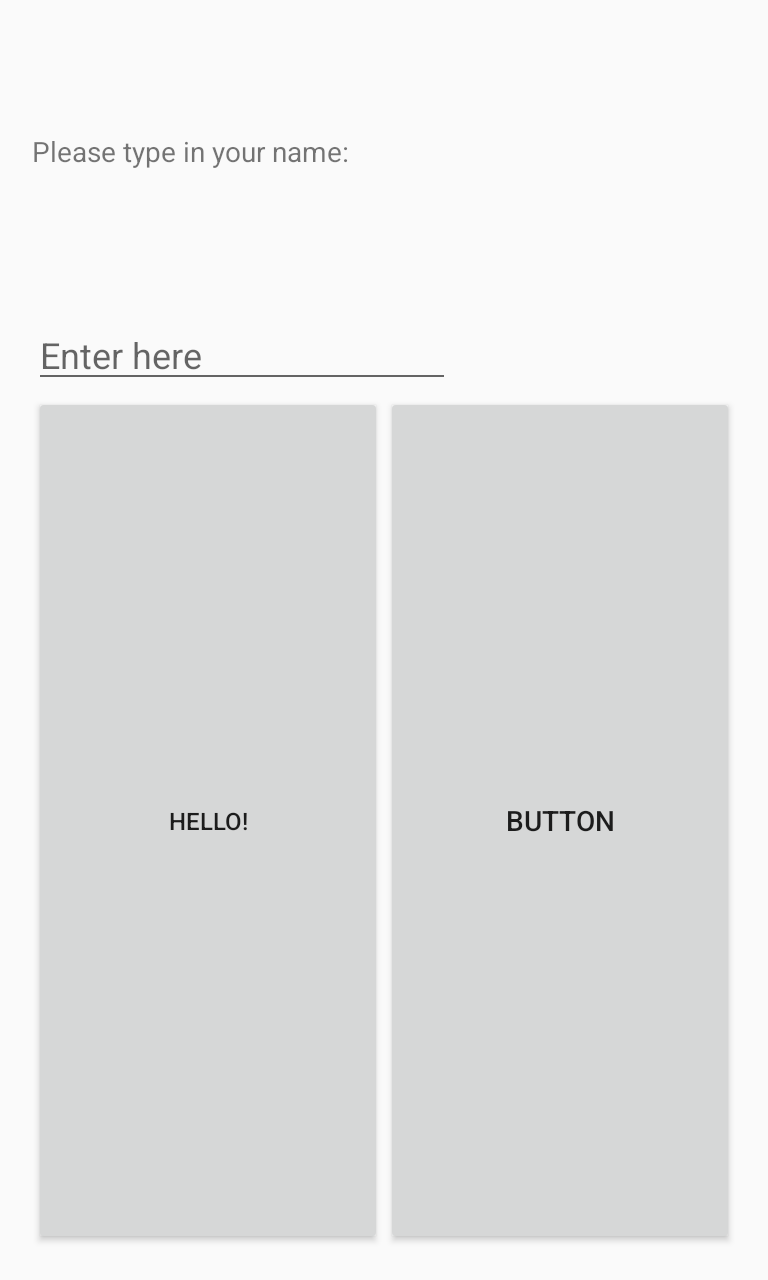
Repository: echolomaniac/HelloWorld
Layout: HelloWorld/res/layout/fragment_main.xml
The author's editor kept a copy of each file at every save. The layout is drawn from the files as they stood at one save, then again after the next save.
It is drawn on a 768 x 1280 px phone screen (xhdpi) without system bars, with theme AppBaseTheme; the app's code is not run.

Above is the layout before, as saved 2014-05-06 05:52:32.

### HelloWorld/res/layout/fragment_main.xml
<RelativeLayout xmlns:android="http://schemas.android.com/apk/res/android"
    xmlns:tools="http://schemas.android.com/tools"
    android:layout_width="match_parent"
    android:layout_height="match_parent"
    android:paddingBottom="@dimen/activity_vertical_margin"
    android:paddingLeft="@dimen/activity_horizontal_margin"
    android:paddingRight="@dimen/activity_horizontal_margin"
    android:paddingTop="@dimen/activity_vertical_margin"
    tools:context="com.example.helloworld.MainActivity$PlaceholderFragment" >

    <LinearLayout
        android:id="@+id/linearLayout1"
        android:layout_width="fill_parent"
        android:layout_height="fill_parent"
        android:layout_alignParentLeft="true"
        android:orientation="vertical" >

        <TextView
            android:id="@+id/textView1"
            android:layout_width="wrap_content"
            android:layout_height="wrap_content"
            android:layout_marginTop="50dp"
            android:text="@string/enter_name" />

        <EditText
            android:id="@+id/editText1"
            android:layout_width="wrap_content"
            android:layout_height="wrap_content"
            android:layout_marginTop="70dp"
            android:ems="10"
            android:hint="@string/hint_enter_name" />

        <LinearLayout
            android:layout_width="fill_parent"
            android:layout_height="0dp"
            android:layout_weight="0.01" >

            <Button
                android:id="@+id/button1"
                android:layout_width="160dp"
                android:layout_height="match_parent"
                android:layout_weight="0.46"
                android:text="@string/hello_button"
                android:textSize="12sp" />

            <Button
                android:id="@+id/button2"
                android:layout_width="160dp"
                android:layout_height="match_parent"
                android:layout_weight="0.46"
                android:text="Button" />

        </LinearLayout>

    </LinearLayout>

</RelativeLayout>

### HelloWorld/res/values/strings.xml
<?xml version="1.0" encoding="utf-8"?>
<resources>

    <string name="app_name">HelloWorld</string>
    <string name="hello_world">Hello world!</string>
    <string name="action_settings">Settings</string>
    <string name="enter_name">Please type in your name:</string>
    <string name="hello_button">Hello!</string>
    <string name="hint_enter_name">Enter here</string>

</resources>

Loaded but not shown: HelloWorld/res/values-v11/styles.xml (common file); HelloWorld/res/values-v14/styles.xml (common file); HelloWorld/res/values/styles.xml (common file); HelloWorld/res/values/dimens.xml (common file); HelloWorld/res/values-w820dp/dimens.xml (common file)

After the next save:
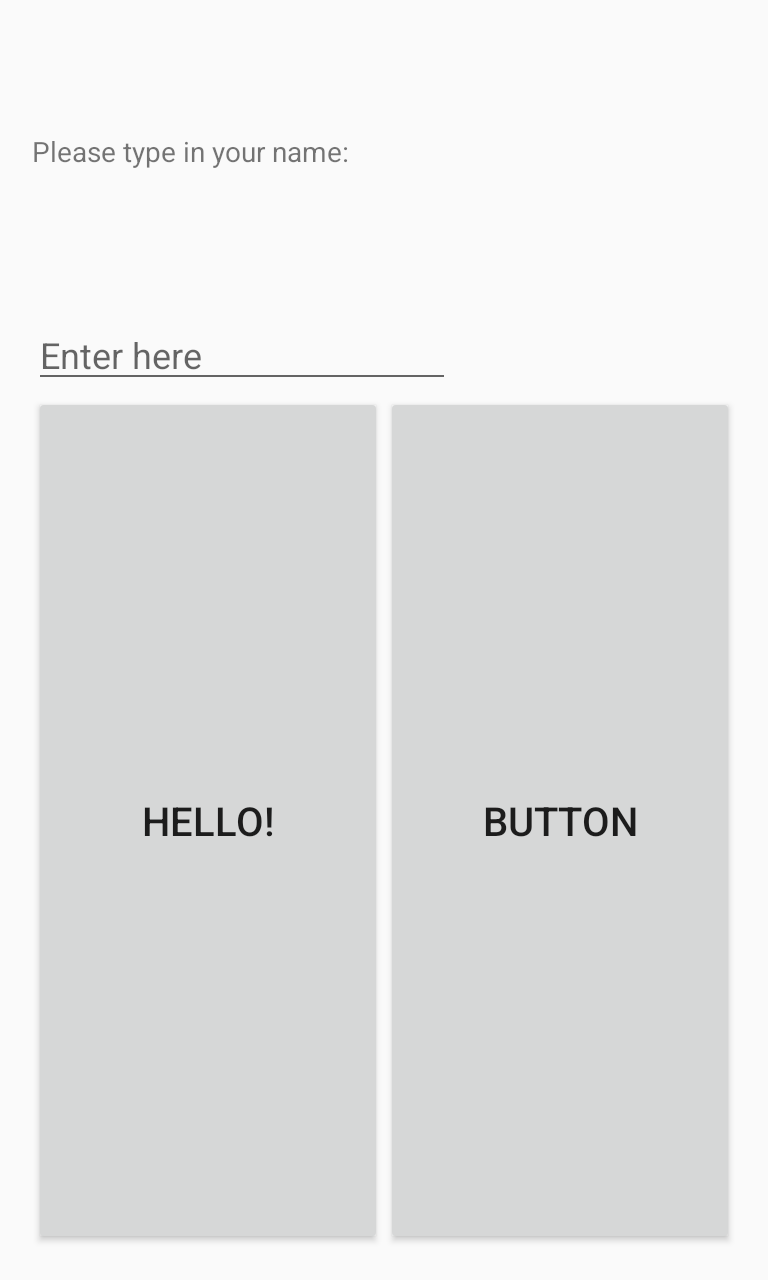
Saved 21 s later.
--- a/HelloWorld/res/layout/fragment_main.xml
+++ b/HelloWorld/res/layout/fragment_main.xml
@@ -41,14 +41,15 @@
                 android:layout_height="match_parent"
                 android:layout_weight="0.46"
                 android:text="@string/hello_button"
-                android:textSize="12sp" />
+                android:textSize="20sp" />
 
             <Button
                 android:id="@+id/button2"
                 android:layout_width="160dp"
                 android:layout_height="match_parent"
                 android:layout_weight="0.46"
-                android:text="Button" />
+                android:text="Button"
+                android:textSize="20sp" />
 
         </LinearLayout>
 
